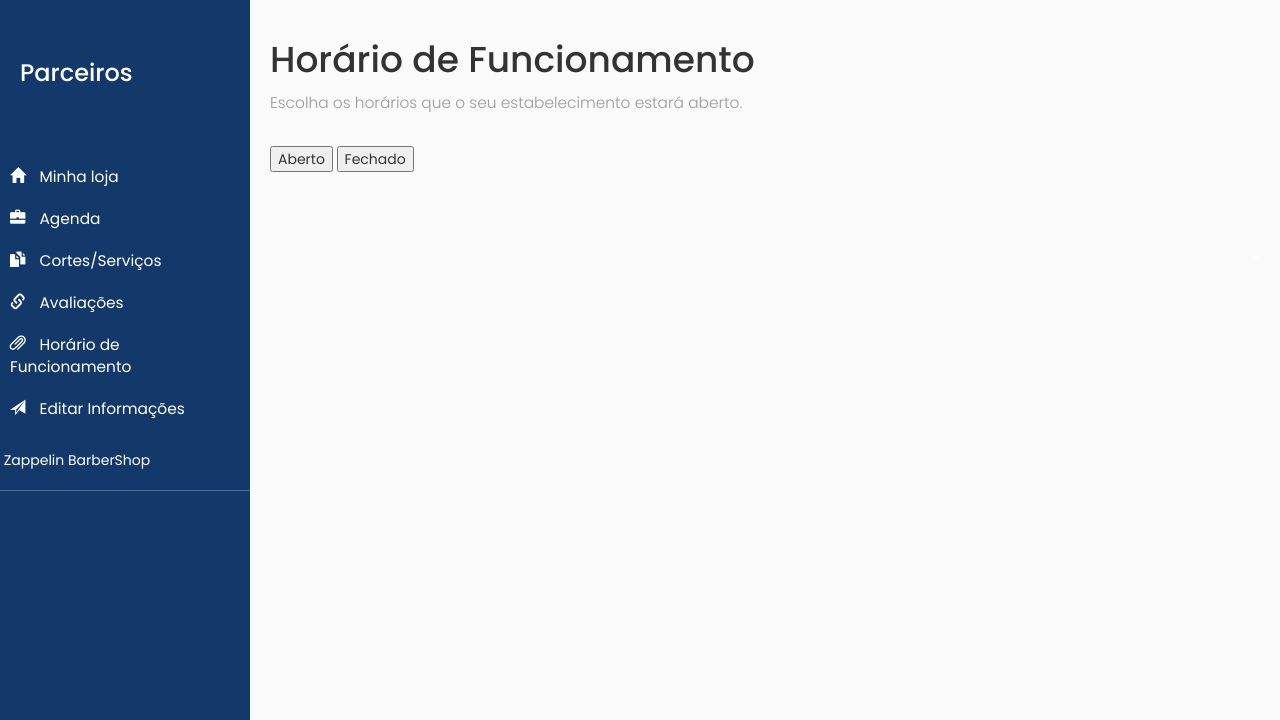
Repository: aquilesascar/barberconnect
Page: http://localhost/horario.php
The author's editor kept a copy of each file at every save. The page is drawn from the files as they stood at one save, then again after the next save.
The browser window is 1280 px wide. The pictures show the whole page.
The page is run by PHP 8.4 with error messages shown; the project is at /var/www/html/.

Above is the page before, as saved 2023-10-09 13:50:57.

### horario.php
<!DOCTYPE html>
<html lang="en">

<head>
    <meta charset="UTF-8">
    <meta http-equiv="X-UA-Compatible" content="IE=edge">
    <meta name="viewport" content="width=device-width, initial-scale=1.0">
    <title>Document</title>

    <!-- Bootstrap CSS CDN -->
    <link rel="stylesheet" href="https://maxcdn.bootstrapcdn.com/bootstrap/3.3.7/css/bootstrap.min.css">
    <!-- Our Custom CSS -->
    <link rel="stylesheet" href="../TCC/assets/css/style4.css">
    <style>


    </style>

</head>

<body>
    <div class="wrapper">
        <?php
        //INCLUSÃO DO MENU
        include_once('menu.php');
        ?>
        <div id="content">

            <h1>Horário de Funcionamento</h1>
            <p>Escolha os horários que o seu estabelecimento estará aberto.</p>
            <br>

            <button id="botao1" onclick="selecionarBotao(1)">Aberto</button>

            <button id="botao2" onclick="selecionarBotao(2)">Fechado</button>



        </div>
    </div>

    <script>
        function selecionarBotao(botaoSelecionado) {
            // Desativa o botão que foi clicado
            document.getElementById('botao' + botaoSelecionado).disabled = true;

            // Ativa o outro botão
            var outroBotao = botaoSelecionado === 1 ? 2 : 1;
            document.getElementById('botao' + outroBotao).disabled = false;
        }
    </script>



</body>

</html>

### menu.php
<nav id="sidebar">
    <div class="sidebar-header">
        <h3>Parceiros</h3>
        <strong>BC</strong>
    </div>

    <ul class="list-unstyled components">
        <li>
            <a href="index4.php">
                <i class="glyphicon glyphicon-home"></i>
                Minha loja
            </a>

        </li>
        <li>
            <a href="agenda.php">
                <i class="glyphicon glyphicon-briefcase"></i>
                Agenda
            </a>

            <a href="corteclassico.php" aria-expanded="false">
                <i class="glyphicon glyphicon-duplicate"></i>
                Cortes/Serviços
            </a>
        </li>
        <li>
            <a href="avaliacoes.php">
                <i class="glyphicon glyphicon-link"></i>
                Avaliações
            </a>
        </li>
        <li>
            <a href="horario.php">
                <i class="glyphicon glyphicon-paperclip"></i>
                Horário de Funcionamento
            </a>
        </li>
        <li>
            <a href="#">
                <i class="glyphicon glyphicon-send"></i>
                Editar Informações
            </a>
        </li>
        <li>
            <a href="#"></a>
            <i class="glyphicon glyphicon-logout"></i>
            Zappelin BarberShop
        </li>
    </ul>

</nav>

### assets/css/style4.css
@import "https://fonts.googleapis.com/css?family=Poppins:300,400,500,600,700";

.form-check form-switch {
    text-align: justify;
}

h2 {
    padding-top: 20px;
}

h3 {
    padding-bottom: 20px;
    padding-top: 20px;
}

#sidebarCollapse {
    display: flex;
    align-items: center;
    justify-content: center;
}

#sidebarCollapse:hover {

    background-color: #05234b;
    color: white;
    align-items: center;
}

#lorem{
    color: #fafafa;
    font-size: 14px;
    user-select: none; /* Evita a seleção de texto */
    cursor: default;   /* Mantém o cursor padrão */
}


.coverImg {
    display: flex;
    justify-content: center;
}

.cover {
    border-radius: 8px;
}

.images {
    padding-bottom: 6% !important;
}

.linha{
    padding-bottom: 3%;
}

.filtros button {
    align-items: center !important;
    justify-content: center;
    border-radius: 25px !important;
    padding: 5px 17px;
    background-color: transparent;
    border-color: #8c8c8c !important;
    color: #8c8c8c;
    font-size: 16px !important;
    margin-right: 20px;
    font-weight: 450;
}

.filtros button:hover {
    background-color: transparent !important;
    /* Remove a mudança de cor de fundo */
    border-color: #6a6a6a !important;
    /* Remove a mudança de cor da borda */
    color: #6a6a6a !important;
    /* Remove a mudança de cor do texto */
}

.btn-primary {
    align-items: center !important;
    justify-content: center;
    border-radius: 5px !important;
    background-color: transparent;
    border-color: #080808 !important;
    color: #8c8c8c;
    font-size: 13px;
    margin-right: 20px;
    font-weight: 450;
}

.btn-primary:hover {
    background-color: transparent !important;
    /* Remove a mudança de cor de fundo */
    border-color: #6a6a6a !important;
    /* Remove a mudança de cor da borda */
    color: #6a6a6a !important;
    /* Remove a mudança de cor do texto */
}

.filtros {
    padding-bottom: 1%;

}

.divForm {
    margin-left: 10%;
    margin-right: 10%;
    border-radius: 6px;
    background-color: white;
    position: relative;
}

.divTable {
    border-radius: 6px;
    background-color: white;
    position: relative;
    box-shadow: 0 4px 8px 0 rgba(0, 0, 0, 0.2);
}

.divTable table {
    width: 100%;
    border-collapse: collapse;
    font-family: Arial, sans-serif;
}

.divTable th {
    background-color: #13396B;
    color: white;
    padding: 10px;
    text-align: center;
}

.divTable td {
    padding: 18px;
    text-align: center;
    border-bottom: 1px solid #ddd;
}

.divTable tr:hover {
    background-color: #f5f5f5;
}

.divTable caption {
    caption-side: top;
    text-align: center;
    font-weight: bold;
}


.barberItem {
    box-sizing: border-box;
    width: calc(100% / 3 - 10px);
    height: 200px;
    display: inline-block;
    position: relative;
    border-radius: 15px; /* Adiciona bordas arredondadas */
    box-shadow: 0 4px 8px 0 rgba(0,0,0,0.2); /* Adiciona sombra */
    transition: transform 0.4s ease, box-shadow 0.2s ease;
    background-color: #ffffff; /* Adiciona cor de fundo */
    padding: 10px 20px;
    margin-right: 6px;
    margin-bottom: 20px; /* Espaçamento entre as linhas */
}

.barberItem:hover {
    border-color: #6a6a6a !important;
    cursor: pointer;
}

.barberItem p {
    padding-left: 15%;
    font-size: 20px !important;
    padding-bottom: 20% !important;
    display: inline-block !important;
}

.barberText {
    margin-left: 85px;
    font-size: 24px;
    align-items: center;
    position: relative;
    top: -78px;
}

.description {
    padding-top: 4%;
}

.itemDescription {
    color: #8c8c8c;
    display: block;
    padding-bottom: 5%;
}

.price {
    padding-top: 5%;
    font-weight: 700;
    font-size: 20px;
}

.infos {
    position: relative;
    top: -1px;
    display: flex;
    justify-content: space-between;
    /* Isso substituirá a necessidade de float: right; */
}

.rightInfo {
    clear: both;
}

.itemName {
    font-size: 20px;
    font-weight: 600;
    position: relative;
}

.bi-star-fill {
    font-size: 16px;

}

.barberInfo {
    padding-top: 5%;
    font-size: 16px;
}

.avaliacao {
    color: rgb(255, 213, 0);
    text-decoration: underline;
    transition: color 0.2s ease;
}

.avaliacao:hover {
    cursor: pointer;
    color: rgb(251, 209, 0);
}

.distancia {
    color: rgba(0, 0, 0, 0.45);
}

.barberText {
    padding-top: 3px;
    font-size: 16px;
}

.barberName {
    font-size: 24px;
    font-weight: 700;
    position: relative;

}

.images img {
    padding-right: 3% !important;
}

body {
    font-family: 'Poppins', sans-serif;
    background: #fafafa;
}

p {
    font-family: 'Poppins', sans-serif;
    font-size: 1.1em;
    font-weight: 300;
    line-height: 1.7em;
    color: #999;
}

a,
a:hover,
a:focus {
    color: inherit;
    text-decoration: none;
    transition: all 0.3s;
}

.navbar {
    padding: 15px 10px;
    background: #fff;
    border: none;
    border-radius: 0;
    margin-bottom: 40px;
    box-shadow: 1px 1px 3px rgba(0, 0, 0, 0.1);
}

.minImg {
    position: absolute;
    right: 0;
    top: 50%;
    transform: translateY(-50%);
    padding-right: 5%;

}


.images img {
    padding-right: 3% !important;
}

.navbar-btn {
    box-shadow: none;
    outline: none !important;
    border: none;
    color: #ffffff;
    background-color: #13396B;
}

.line {
    width: 100%;
    height: 1px;
    border-bottom: 1px dashed #ddd;
    margin: 40px 0;
}

i,
span {
    display: inline-block;
}

/* ---------------------------------------------------
    SIDEBAR STYLE
----------------------------------------------------- */
.wrapper {
    display: flex;
    height: 100%;
    /*align-items: stretch;*/
}

#agenda {
    background-color: #13396B !important;
    color: white;
    cursor: default;
}

#thData:hover {
    cursor: pointer;
}

#sidebar {
    min-width: 250px;
    max-width: 250px;
    background: #13396B;
    color: #ffffff;
    transition: all 0.3s;
}

#sidebar.active {
    min-width: 80px;
    max-width: 80px;
    text-align: center;
}

#sidebar.active .sidebar-header h3,
#sidebar.active .CTAs {
    display: none;
}

#sidebar.active .sidebar-header strong {
    display: block;
}

#sidebar ul li a {
    text-align: left;
}

#sidebar.active ul li a {
    padding: 20px 10px;
    text-align: center;
    font-size: 0.85em;
}

#sidebar.active ul li a i {
    margin-right: 0;
    display: block;
    font-size: 1.8em;
    margin-bottom: 5px;
}

#sidebar.active ul ul a {
    padding: 10px !important;
}

#sidebar.active a[aria-expanded="false"]::before,
#sidebar.active a[aria-expanded="true"]::before {
    top: auto;
    bottom: 5px;
    right: 50%;
    -webkit-transform: translateX(50%);
    -ms-transform: translateX(50%);
    transform: translateX(50%);
}

#sidebar .sidebar-header {
    padding: 20px;
    background: #13396B;
}

#sidebar .sidebar-header strong {
    display: none;
    font-size: 1.8em;
}

#sidebar ul.components {
    padding: 20px 0;
    border-bottom: 1px solid #47748b;
}

#sidebar ul li a {
    padding: 10px;
    font-size: 1.1em;
    display: block;
}

#sidebar ul li a:hover {
    color: #13396B;
    background: #fff;
}

#sidebar ul li a i {
    margin-right: 10px;
}

#sidebar ul li.active>a,
a[aria-expanded="true"] {
    color: #fff;
    background: #13396B;
}


a[data-toggle="collapse"] {
    position: relative;
}

a[aria-expanded="false"]::before,
a[aria-expanded="true"]::before {
    content: '\e259';
    display: block;
    position: absolute;
    right: 20px;
    font-family: 'Glyphicons Halflings';
    font-size: 0.6em;
}

a[aria-expanded="true"]::before {
    content: '\e260';
}


ul ul a {
    font-size: 0.9em !important;
    padding-left: 30px !important;
    background: #13396B;
}

ul.CTAs {
    padding: 20px;
}

ul.CTAs a {
    text-align: center;
    font-size: 0.9em !important;
    display: block;
    border-radius: 5px;
    margin-bottom: 5px;
}

a.download {
    background: #13396B;
    color: #13396B;
}

a.article,
a.article:hover {
    background: #13396B !important;
    color: #fff !important;
}

#imgCorte {
    width: 100px;
}

/* ---------------------------------------------------
    CONTENT STYLE
----------------------------------------------------- */
#content {
    padding: 20px;
    min-height: 100vh;
    transition: all 0.3s;
}


/* ---------------------------------------------------
    MEDIAQUERIES
----------------------------------------------------- */
@media (max-width: 768px) {
    #sidebar {
        min-width: 80px;
        max-width: 80px;
        text-align: center;
        margin-left: -80px !important;
    }

    a[aria-expanded="false"]::before,
    a[aria-expanded="true"]::before {
        top: auto;
        bottom: 5px;
        right: 50%;
        -webkit-transform: translateX(50%);
        -ms-transform: translateX(50%);
        transform: translateX(50%);
    }

    #sidebar.active {
        margin-left: 0 !important;
    }

    #sidebar .sidebar-header h3,
    #sidebar .CTAs {
        display: none;
    }

    #sidebar .sidebar-header strong {
        display: block;
    }

    #sidebar ul li a {
        padding: 20px 10px;
    }

    #sidebar ul li a span {
        font-size: 0.85em;
    }

    #sidebar ul li a i {
        margin-right: 0;
        display: block;
    }

    #sidebar ul ul a {
        padding: 10px !important;
    }

    #sidebar ul li a i {
        font-size: 1.3em;
    }

    #sidebar {
        margin-left: 0;
    }

    #sidebarCollapse span {
        display: none;
    }
}

After the next save:
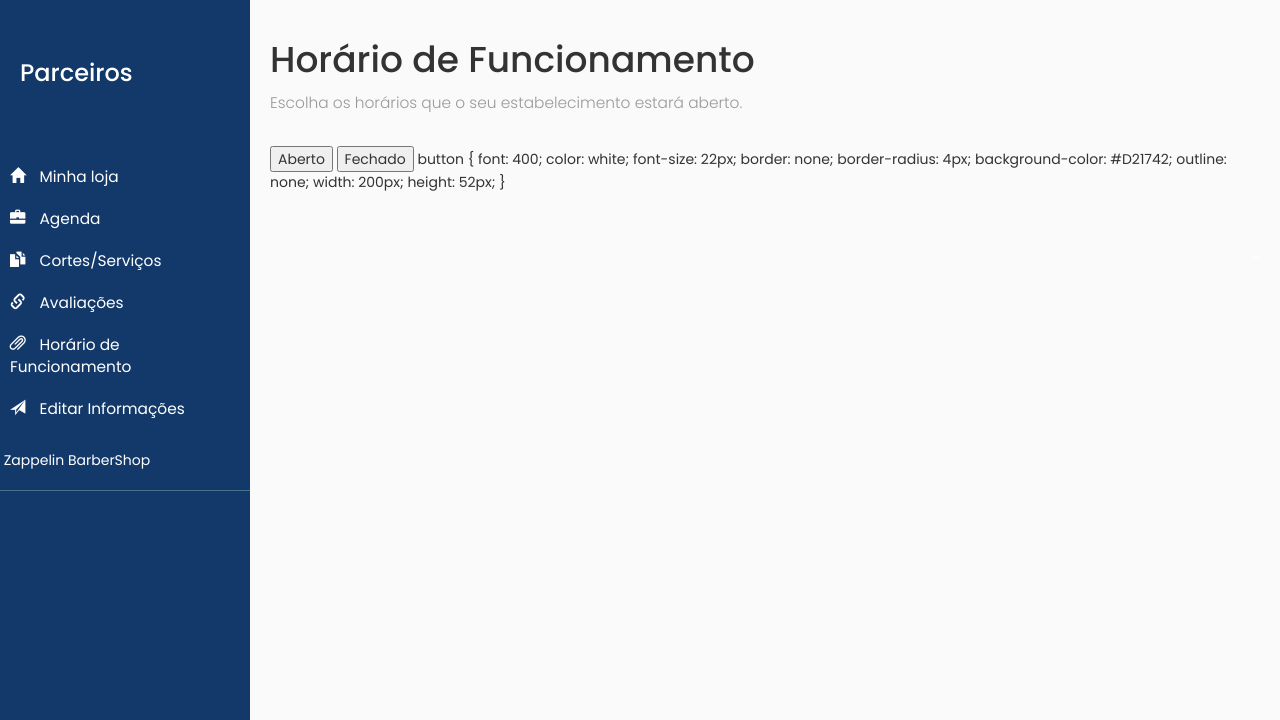
Saved 5 s later.
--- a/horario.php
+++ b/horario.php
@@ -34,7 +34,18 @@
 
             <button id="botao2" onclick="selecionarBotao(2)">Fechado</button>
 
+            button {
+                    font: 400;
 
+                    color: white;
+                    font-size: 22px;
+                    border: none;
+                    border-radius: 4px;
+                    background-color: #D21742;
+                    outline: none;
+                    width: 200px;
+                    height: 52px;
+                }
 
         </div>
     </div>
